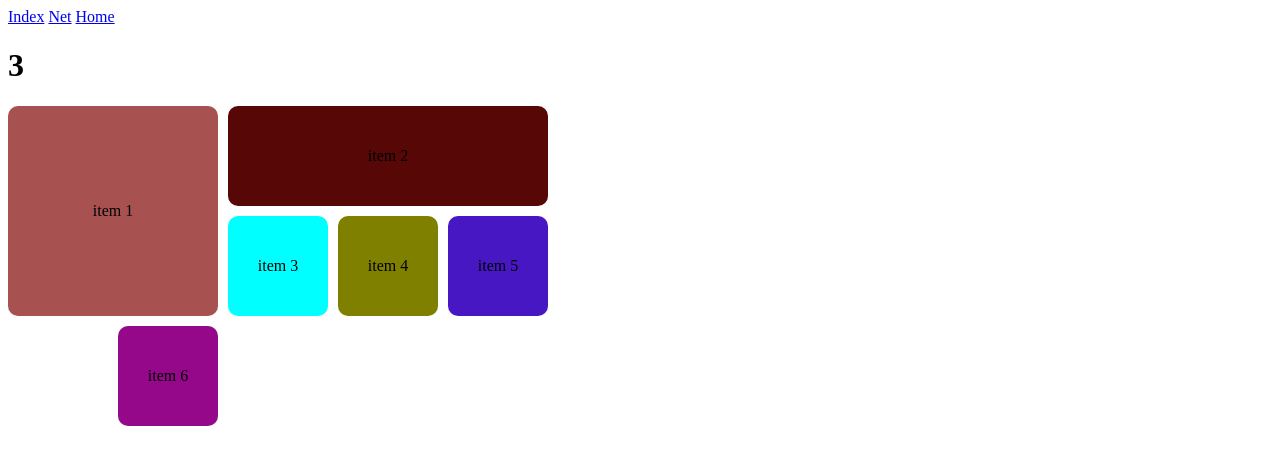
Repository: Nguyen-Toan-2004/du-an-test
Page: product.htm
These files come from the project's save history. The page is drawn as it stood at one moment and after a run of saves; the edit follows.
The browser window is 1280 px wide. The pictures show the whole page.

Above is the page before, as saved 2025-10-22 20:42:52.

After the next 6 saves:
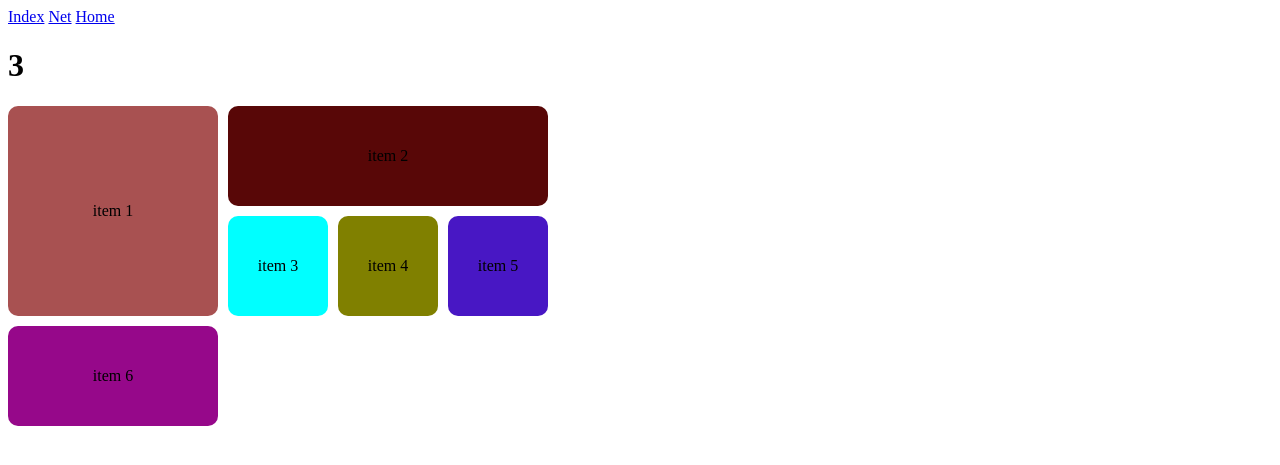
The 6 saves are shown as one change because they came seconds apart.
The last was saved 14 s later.
--- a/product.htm
+++ b/product.htm
@@ -46,7 +46,8 @@
       }
       .box6 {
         background: #96088a;
-        grid-column-end:3 ;
+        grid-column-start: 1;
+        grid-column-end: 3;
       }
     </style>
     <div class="container">
